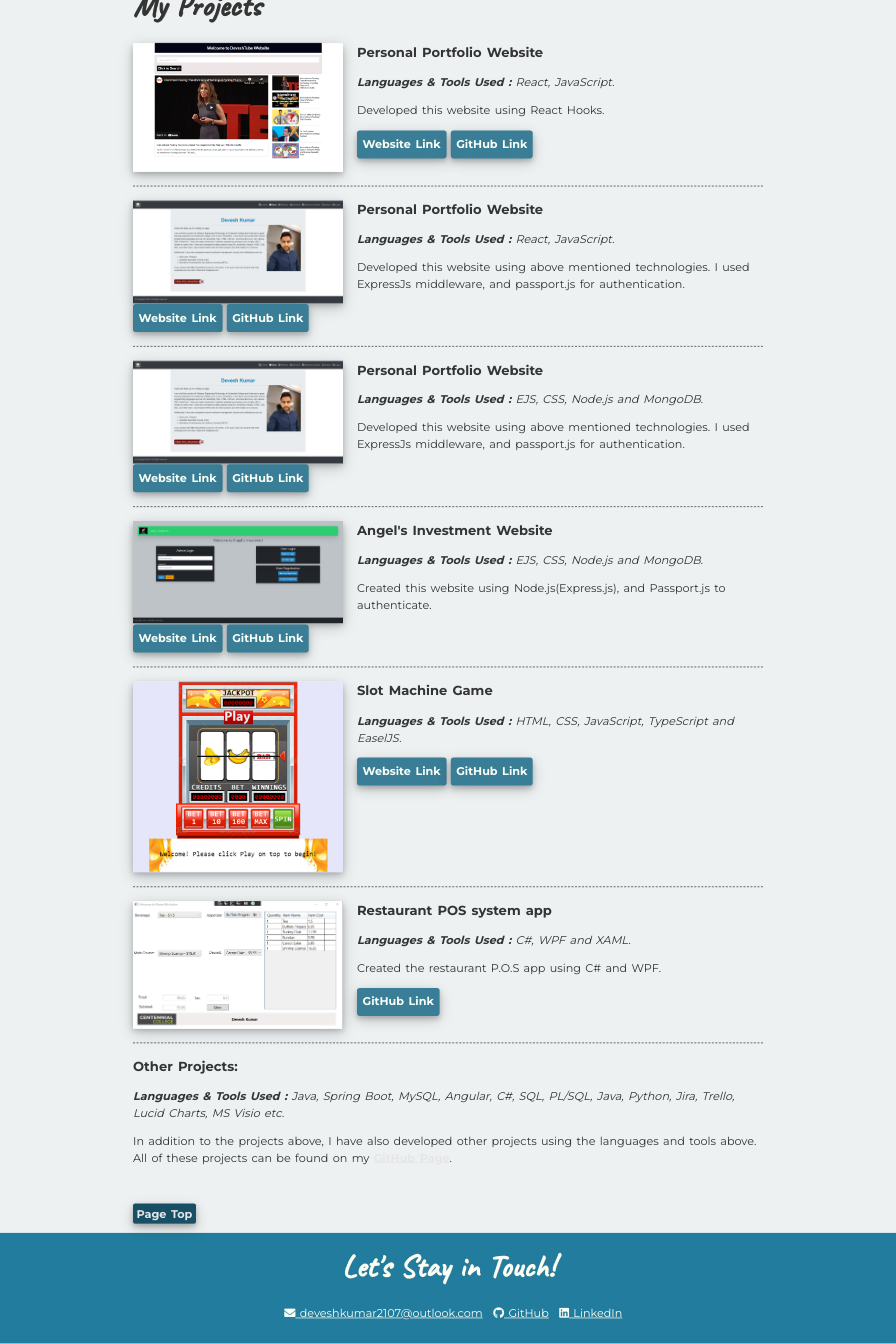
Repository: My-Web-Page/MyWebPage
Page: index.html
The author's editor kept a copy of each file at every save. The page is drawn from the files as they stood at one save, then again after the next save.
The browser window is 1280 px wide. The pictures show the part of the page from y = 3065 to 4985 px (the page is 4985 px tall before and 4961 px after), at 70% of full size.
Some web libraries are served in a nearby version.

Above is the page before, as saved 2023-04-13 16:40:15.

### index.html
<!DOCTYPE html>
<html lang="en">

<head>
    <meta charset="UTF-8">
    <meta name="viewport" content="width=device-width, initial-scale=1.0">
    <link href="./assets/images/favicon.ico" rel="icon" type="image/x-icon" />

    <title> Devesh Kumar : Full-Stack Developer</title>
    <link rel="preconnect" href="https://fonts.gstatic.com">
    <link href="https://fonts.googleapis.com/css2?family=Caveat&family=Montserrat:wght@400;700&display=swap" rel="stylesheet">
    <link rel="stylesheet" href="https://pro.fontawesome.com/releases/v5.10.0/css/all.css" integrity="sha384-AYmEC3Yw5cVb3ZcuHtOA93w35dYTsvhLPVnYs9eStHfGJvOvKxVfELGroGkvsg+p" crossorigin="anonymous" />

    <link rel="stylesheet" href="style.css">
</head>

<body>
    <main>
        <!-- ***********************  ABOUT / PROFILE  *********************** -->
        <header>
            <div class="container">
                <h1>Devesh Kumar</h1>
                <h2>Software Developer</h2>
            </div>
        </header>

        <nav id="navbar">
            <ul class="nav-ul">
                <li>
                    <a href="#about-me"><i class="fas fa-info-circle"></i>About Me</a> </li>
                <li>
                    <a href="#projects"><i class="fab fa-elementor"></i>Projects</a></li>
                <li>
                    <a href="#education"><i class="fas fa-graduation-cap"></i>Education</a></li>
                <li>
                    <a href="#work-experience"><i class="fas fa-briefcase"></i>Work Experience</a></li>
                <li>
                    <a href="#contact"><i class="fas fa-mobile-alt"></i>Contact Me</a></li>
            </ul>
        </nav>

        <!-- *********************About Me***********************  -->
        <section id="about-me">
            <div class="container">
                <h2>About Me</h2>
                <p>Hello & Welcome! My name is Devesh Kumar. I am an experienced Software-Developer with over 3 years of software development experience. Graduate of Software Engineering Technician program from Centennial College. I have worked with various
                    programming languages and tools. Given below are the details: </p>
                <div class="grid-container">
                    <div class="grid-item">
                        <h3>Languages & tools</h3>
                        <p> Java, Spring Boot, Maven, Junit, OracleSQL, MyBatis, JavaScript, React, Linux, Data Structures, MVC, Git, Jira, Agile, GitKraken, BitBucket, IntelliJ, VS Code</p>
                    </div>

                    <div class="grid-item">
                        <h3>Other Skills</h3>
                        <p>Camunda, C#, HTML/CSS, Bootstrap, Angular, Node.js, MongoDB, Shell Scripting, UML</p>
                    </div>
                </div>
                <p>I have also developed grasp over software engineering concepts such as Agile, SDLC models, Agile Project Management Concepts. I have also developed multiple projects using Java, Spring Boot, JavaScript, React, Node.js, HTML, CSS, C#, OracleSQL,
                    MySql, MyBatis, MongoDB and other tools. Additionally, I have also completed some investment management courses/certifications in the past and grown my knowledge in the sector.</p>

            </div>
        </section>

        <!-- *********************Pop-Ups***********************  -->
        <section class="popup-wrapper" id="popup">
            <div class="container">
                <p><button class="popup-close">Close</button></p>
                <img id="popup-img" alt="finalproject popup">
            </div>
        </section>


        <!-- ******************  EDUCATION & CERTIFICATIONS ****************** -->
        <section id="education" class="education">
            <div class="container item-details">

                <h2>Education</h2>

                <section>
                    <h3>Software Engineering Technician Diploma</h3>
                    <p>Centennial College, Toronto ON, 2020-2021</p>
                    <p>4 semesters full-time software engineering diploma program </p>
                </section>

                <section>
                    <h3>Java Full-Stack Developer Bootcamp, Stackroute NIIT</h3>
                    <p>Jan 2021 - Apr 2022</p>
                    <p>Java, Spring Boot, Angular, MySQL</p>
                </section>

                <br>
                <h2>Certifications</h2>
                <section>
                    <h3>Modern JavaScript (Complete guide, from Novice to Ninja)</h3>
                    <p>Udemy May 2021 : The Net Ninja (Shaun Pelling)</p>
                </section>
                <section>
                    <h3>JavaScript: Understanding the Weird Parts</h3>
                    <p>Udemy June 2021 : Anthony Alicea</p>
                </section>
                <section>
                    <h3>Modern React with Redux</h3>
                    <p>Udemy July 2021 : Stephen Grider</p>
                </section>
                <section>
                    <h3>React, NodeJS, Express & MongoDB - The MERN Fullstack Guide</h3>
                    <p>Udemy Aug 2021 : Academind by Maximilian Schwarzmüller</p>
                </section>
                <section>
                    <h3>Data Structures/Algorithms, Git & GitHub essentials, C# Essencials, HTML and CSS Essentials</h3>
                    <p>LinkedIn Learning, May 2021 - Sep 2021 </p>
                </section>
                <section>
                    <h3>Chartered Financial Analyst – CFA Level 1 Passed</h3>
                    <p>CFA Institute, 2018</p>
                </section>
                <br>
                <section class="csc">
                    <h3>Canadian Securities Course (CSC) &</h3>
                    <h3>Derivatives Fundamentals and Options Licensing (DFOL)</h3>
                    <p>Canadian Securities Institute, 2017-2019 </p>
                </section>
            </div>
        </section>

        <!-- ***********************  WORK EXPERIENCE  *********************** -->
        <section id="work-experience" class="work-experience">
            <div class="container item-details divider">
                <h2>Work Experience</h2>

                <!-- Job 1 -->
                <section class="job-item">
                    <div class="job-details">
                        <h3>Full-Stack Developer</h3>
                        <p>CGI. Inc</p>
                        <p>Jan 2021 - Present</p>
                    </div>
                    <div class="job-summary">
                        <ul>
                            <li>Development and testing using Spring and Spring Boot frameworks along with MyBatis as Java persistence framework and Oracle as database.</li>
                            <li>Supporting other developers in the team and participating in Agile activities like Daily Stand up, Sprint Retrospective etc.</li>
                            <li>Ensuring code reviews and unit testing are completed efficiently and effectively.</li>
                            <li>Develop and maintain APIs (Web based and batch jobs), UI Screen, following industry best practices from development, testing and security standpoints.</li>
                            <li>Understand process and procedures as necessary to support all aspects of project maintenance and development.</li>
                            <li>Collaborate with other tech teams to help build the required services and products.</li>
                        </ul>
                    </div>
                </section>

                <!-- Job 2 -->
                <section class="job-item">
                    <div class="job-details">
                        <h3>Software Developer</h3>
                        <p>Freelance</p>
                        <p>Jan 2020 - Dec 2021</p>
                    </div>
                    <div class="job-summary">
                        <ul>
                            <li>Developing various projects using technologies such as Java, JavaScript, React, Node.js, C#, Spring Boot, JPA, Hibernate, Oracle, MongoDB etc. </li>
                            <li>Collaborate with other developers to help build required products.</li>
                            <li>Develop and maintain APIs (Web based), UI Screen, following industry best practices from development, testing and security standpoints.</li>
                            <li>Enhanced my learning by independently developing projects using Udemy, LinkedIn Learning & YouTube.</li>
                        </ul>

                    </div>
                </section>

                <!-- Job 3 -->
                <section class="job-item">
                    <div class="job-details">
                        <h3>Client Advisor</h3>
                        <p>RBC Royal Bank</p>
                        <p>Mar 2017 - Sep 2018</p>
                    </div>
                    <div class="job-summary">
                        <ul>
                            <li>Worked as a part of multiple RBC teams at various RBC Branches</li>
                            <li>Daily activities involve helping clients with their everyday banking, credit, and investment needs.</li>
                        </ul>

                    </div>
                </section>


            </div>
        </section>

        <!-- ********************  PROJECTS / PORTFOLIO  ********************* -->
        <section id="projects" class="projects">
            <div class="container divider">
                <h2>My Projects</h2>

                <!-- Project 1 -->
                <section class="project-item clearfix">
                    <img class="project-image" src="./assets/images/deveshtube.png" alt="Devesh Tube Assignment Using React, JavaScript">
                    <h3>Personal Portfolio Website</h3>
                    <p> <strong>Languages & Tools Used :</strong> React, JavaScript.</p>
                    <p>Developed this website using React Hooks.</p>
                    <a class="btn" href="https://blissful-pasteur-e62546.netlify.app" target="_blank">Website Link</a>
                    <a class="btn" href="https://github.com/portretrieve/reactApp-DeveshTube-using-hooks" target="_blank">GitHub Link</a>
                </section>

                <!-- Project 1 -->
                <section class="project-item clearfix">
                    <img class="project-image" src="./assets/images/assignment_2.png" alt="Portfolio Assignment Using Node.js, Bootstrap, EJS and MongoDB">
                    <h3>Personal Portfolio Website</h3>
                    <p> <strong>Languages & Tools Used :</strong> React, JavaScript.</p>
                    <p>Developed this website using above mentioned technologies. I used ExpressJs middleware, and passport.js for authentication.</p>
                    <a class="btn" href="https://eager-bassi-827826.netlify.app" target="_blank">Website Link</a>
                    <a class="btn" href="https://github.com/portretrieve/reactApp-pics" target="_blank">GitHub Link</a>
                </section>

                <!-- Project 1 -->
                <section class="project-item clearfix">
                    <img class="project-image" src="./assets/images/assignment_2.png" alt="Portfolio Assignment Using Node.js, Bootstrap, EJS and MongoDB">
                    <h3>Personal Portfolio Website</h3>
                    <p> <strong>Languages & Tools Used :</strong> EJS, CSS, Node.js and MongoDB.</p>
                    <p>Developed this website using above mentioned technologies. I used ExpressJs middleware, and passport.js for authentication.</p>
                    <a class="btn" href="https://comp229-asnmt2.herokuapp.com/home" target="_blank">Website Link</a>
                    <a class="btn" href="https://github.com/portretrieve/Assignment_2" target="_blank">GitHub Link</a>
                </section>

                <!-- Project 2 -->
                <section class="project-item clearfix">
                    <img class="project-image" src="./assets/images/final_project.png" alt="Final Project Using Node.js, Bootstrap, EJS and MongoDB">
                    <h3>Angel's Investment Website</h3>
                    <p> <strong>Languages & Tools Used :</strong> EJS, CSS, Node.js and MongoDB.</p>
                    <p>Created this website using Node.js(Express.js), and Passport.js to authenticate.</p>
                    <a class="btn" href="https://angelinvestfinal.herokuapp.com/" target="_blank">Website Link</a>
                    <a class="btn" href="https://github.com/Angel-Investor/AngelInvestor-Web-App" target="_blank">GitHub Link</a>
                </section>

                <!-- Project 3 -->
                <section class="project-item clearfix">
                    <img class="project-image" src="./assets/images/slot-machine.png" alt="Casino slot machine game using HTML, CSS, JavaScript, TypeScript and EaselJS">
                    <h3>Slot Machine Game</h3>
                    <p> <strong>Languages & Tools Used :</strong> HTML, CSS, JavaScript, TypeScript and EaselJS.</p>
                    <a class="btn" href="https://portretrieve.github.io/COMP125-Assignment-4-CreateJS-Slot-Machine/" target="_blank">Website Link</a>
                    <a class="btn" href="https://github.com/portretrieve/COMP125-Assignment-4-CreateJS-Slot-Machine" target="_blank">GitHub Link</a>
                </section>

                <!-- Project 4 -->
                <section class="project-item clearfix">
                    <img class="project-image" src="./assets/images/restaurant_app.png" alt="Restaurant app using C# WPF MVVM">
                    <h3>Restaurant POS system app</h3>
                    <p> <strong>Languages & Tools Used :</strong> C#, WPF and XAML.</p>
                    <p>Created the restaurant P.O.S app using C# and WPF.</p>
                    <a class="btn" href="https://github.com/portretrieve/Restaurant_app" target="_blank">GitHub Link</a>
                </section>
                <section>
                    <h3>Other Projects: </h3>
                    <p> <strong>Languages & Tools Used :</strong> Java, Spring Boot, MySQL, Angular, C#, SQL, PL/SQL, Java, Python, Jira, Trello, Lucid Charts, MS Visio etc. </p>
                    <p>In addition to the projects above, I have also developed other projects using the languages and tools above. All of these projects can be found on my <span><a href="https://github.com/portretrieve" target="_blank">GitHub Page</a>.</span></p>
                </section>
                <a class="top-btn" href="#top">Page Top</a>
            </div>
        </section>
        <!-- *****************  CONTACT INFO / SOCIAL MEDIA  ***************** -->
        <footer>
            <div id="contact" class="container">
                <h2>Let's Stay in Touch!</h2>
                <!-- Social media and contact links. Add or remove any networks. -->
                <ul class="contact-list">
                    <li><a href="mailto:deveshkumar2107@hotmail.com"><i class="fas fa-envelope"></i>&nbsp;deveshkumar2107@outlook.com</a></li>
                    <li><a href="https://github.com/portretrieve" target="_blank"><i class="fab fa-github"></i>&nbsp;GitHub</a></li>
                    <li><a href="https://www.linkedin.com/in/devesh-kumar-2aa03b64/" target="_blank"><i class="fab fa-linkedin"></i>&nbsp;LinkedIn</a></li>
                </ul>
            </div>
        </footer>
    </main>
    <script src="./script.js"></script>
</body>

</html>

### style.css
    /*
COLOR PALETTE
https://coolors.co/f7fff7-343434-2f3061-ffe66d-a1c6d7
#F7FFF7 - almost white
#343434 - dark gray - almost black
#2F3061 - blue dark
#FFE66D - yellow
#A1C6D7 - blue light
*/
    /* Global styles
------------------------------------*/

    html {
        box-sizing: border-box;
        scroll-behavior: smooth;
        --header-height: 75px;
        scroll-padding-top: var(--header-height);
    }

    *,
    *:before,
    *:after {
        box-sizing: inherit;
    }

    body {
        color: #343434;
        margin: 0;
        padding: 0;
        font-family: 'Montserrat', sans-serif;
        font-size: 16px;
        line-height: 1.5;
        word-spacing: 2px;
    }

    .clearfix::after {
        content: "";
        clear: both;
        display: table;
    }

    .project-image {
        width: 300px;
        text-shadow: gray 2px 2px 2px;
        box-shadow: 0 4px 8px 0 rgba(0, 0, 0, 0.2), 0 6px 20px 0 rgba(0, 0, 0, 0.19);
        cursor: pointer;
    }

    .project-image:hover {
        transform: scale(1.02);
    }

    a {
        color: #F7FFF7;
    }

    a:hover {
        text-decoration: none;
    }

    h1 {
        font-size: 100px;
        line-height: .9;
        margin-top: 120px;
        margin-bottom: 0;
        text-shadow: gray 1px 1px 1px;
    }

    h2 {
        font-size: 45px;
        text-shadow: gray .5px .5px .5px;
    }

    h1,
    h2 {
        font-family: 'Caveat', cursive;
        font-weight: 600px;
    }

    h2 {
        margin: 0;
        margin-bottom: 20px;
    }

    .container {
        max-width: 900px;
        width: 80%;
        margin: 0 auto;
        padding: 15px 0;
    }

    h3 {
        margin-bottom: 0;
    }

    h3+p {
        font-style: italic;
    }

    .item-details h3~p {
        margin: 0;
    }

    .divider>section {
        border-bottom: 1px dashed #343434;
        margin-bottom: 20px;
        padding-bottom: 20px;
    }

    .divider>section:last-of-type {
        border-bottom: none;
    }
    /*****Nav*****/

    nav {
        background-color: #227C9D;
        padding: 5px 0;
        position: relative;
        height: var(--header-height);
    }

    @supports (position: sticky) {
        nav {
            position: sticky;
            top: 0;
        }
    }

    .nav-ul li {
        list-style-type: none;
    }

    .nav-ul li:hover {
        transform: scale(1.02);
    }

    .nav-ul li a {
        text-decoration: none;
        font-size: 18px;
    }
    /*************Popup**********/

    .popup-wrapper {
        background: rgba(0, 0, 0, 0.5);
        position: fixed;
        top: 0;
        left: 0;
        width: 100%;
        height: 100%;
        display: flex;
        flex-direction: column;
        justify-content: center;
        text-align: center;
        display: none;
    }

    #popup-img {
        max-width: 100%;
        flex: 1 1 0;
    }

    .popup-close {
        cursor: pointer;
    }

    .popup-wrapper p {
        text-align: center;
        margin: 150px 0 0 0;
    }

    .popup-wrapper p button {
        text-align: center;
        background: crimson;
        font-size: 15px;
        border-radius: 4px;
        padding: 10px;
        color: white;
    }
    /*****About Me******/

    #about-me {
        background-color: #EEE;
    }

    .grid-container {
        color: #F7FFF7;
        box-shadow: 0 4px 8px 0 rgba(0, 0, 0, 0.2), 0 6px 20px 0 rgba(0, 0, 0, 0.19);
    }

    .grid-container .grid-item {
        background-color: #227C9D;
        padding: 0 20px;
        font-size: 16px;
    }

    .grid-container .grid-item:hover {
        transform: scale(1.01);
    }

    #my-page-repo {
        color: #343434;
    }
    /* Profile
------------------------------------*/

    header {
        color: #643C2B;
    }
    /* Projects
------------------------------------*/

    .projects {
        background: #edf1f1;
    }

    .projects a {
        color: #e6e6e9;
        font-weight: bold;
    }

    .projects .btn {
        color: #F7FFF7;
        background: #397d96;
        text-decoration: none;
        padding: 8px;
        border-radius: 4px;
        display: inline-block;
        box-shadow: 0 4px 8px 0 rgba(0, 0, 0, 0.2), 0 6px 20px 0 rgba(0, 0, 0, 0.19);
    }

    .projects .btn:hover {
        background-color: #1E6A85;
        transform: scale(1.01);
    }

    .project-item h3 {
        margin-top: 0;
    }

    .top-btn {
        background-color: #174F64;
        padding: 5px;
        text-decoration: none;
        border-radius: 3px;
        box-shadow: 0 4px 8px 0 rgba(0, 0, 0, 0.2), 0 6px 20px 0 rgba(0, 0, 0, 0.19);
    }

    .top-btn:hover {
        background-color: #1E6A85;
        transform: scale(1.01);
    }
    /* Work Experience
------------------------------------*/

    .work-experience {
        background: #EEE;
    }
    /* Education
------------------------------------*/

    .education {
        background-image: url(./assets/images/leone-venter-VieM9BdZKFo-unsplash.jpg);
        background-size: cover;
        background-position: bottom left;
        padding-bottom: 20px;
    }

    .education p {
        width: 60%;
    }

    .csc h3 {
        margin-top: 0;
        margin-bottom: 0;
    }
    /* Contact Info
------------------------------------*/

    footer {
        background: #227C9D;
        color: #F7FFF7;
    }

    .contact-list {
        list-style-type: none;
        padding: 0;
    }

    .contact-list a {
        margin-left: 15px;
    }
    /* Responsive
---------------------------------------*/

    @media (min-width:750px) {
        .project-item img {
            margin-right: 20px;
            float: left;
        }
        .job-item {
            display: grid;
            grid-template-columns: 1fr 2fr;
            column-gap: 20px;
            row-gap: 10px;
        }
        header {
            background-image: url(./assets/images/georgie-cobbs-bKjHgo_Lbpo-unsplash.jpg);
            background-repeat: no-repeat;
            background-size: cover;
            height: 500px;
            background-position: bottom;
        }
        header,
        footer {
            text-align: center;
        }
        .contact-list {
            display: flex;
            justify-content: center;
        }
        .nav-ul {
            display: flex;
            flex-wrap: wrap;
            justify-content: center;
        }
        .nav-ul li {
            margin: 0 15px;
        }
        .grid-container {
            display: grid;
            grid-template-columns: 1fr 1fr;
            grid-gap: 10px;
        }
    }

    @media (max-width:749px) {
        header {
            background-color: #FEF9EF;
            text-align: center;
            padding-bottom: 10px;
        }
        h1 {
            font-size: 75px;
            margin-top: 15px;
        }
        h1,
        h2 {
            line-height: .9;
            margin-bottom: 15px;
        }
        nav {
            height: 250px;
        }
        .contact-list li {
            padding-bottom: 10px;
        }
        .nav-ul {
            text-align: left;
        }
        .nav-ul li {
            margin-bottom: 20px;
        }
        .grid-container .grid-item {
            padding: 10px;
            margin-top: 10px;
        }
    }

Loaded but not shown: script.js (18 lines, source omitted)

After the next save:
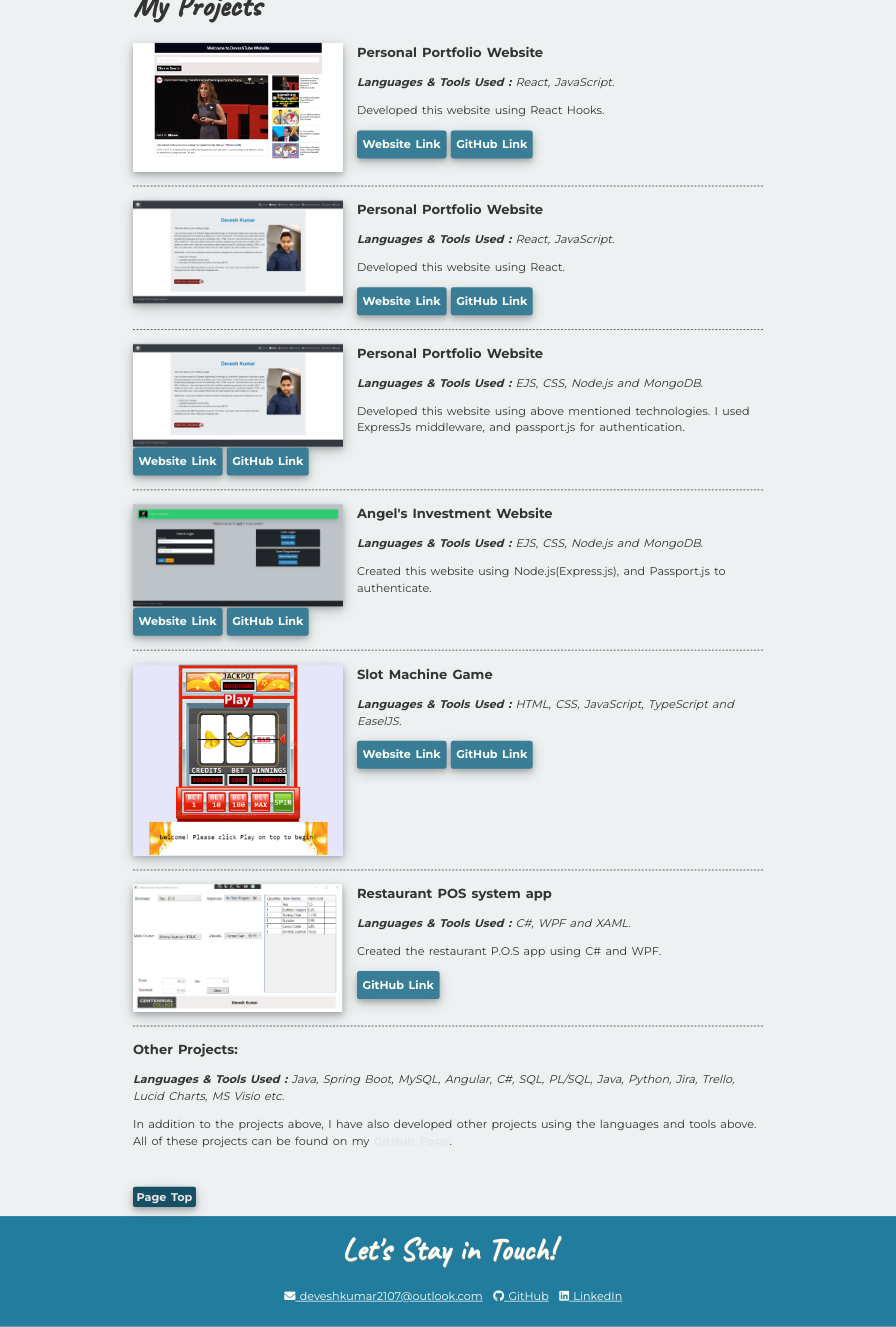
Saved 11 s later.
--- a/index.html
+++ b/index.html
@@ -206,7 +206,7 @@
                     <img class="project-image" src="./assets/images/assignment_2.png" alt="Portfolio Assignment Using Node.js, Bootstrap, EJS and MongoDB">
                     <h3>Personal Portfolio Website</h3>
                     <p> <strong>Languages & Tools Used :</strong> React, JavaScript.</p>
-                    <p>Developed this website using above mentioned technologies. I used ExpressJs middleware, and passport.js for authentication.</p>
+                    <p>Developed this website using React.</p>
                     <a class="btn" href="https://eager-bassi-827826.netlify.app" target="_blank">Website Link</a>
                     <a class="btn" href="https://github.com/portretrieve/reactApp-pics" target="_blank">GitHub Link</a>
                 </section>
